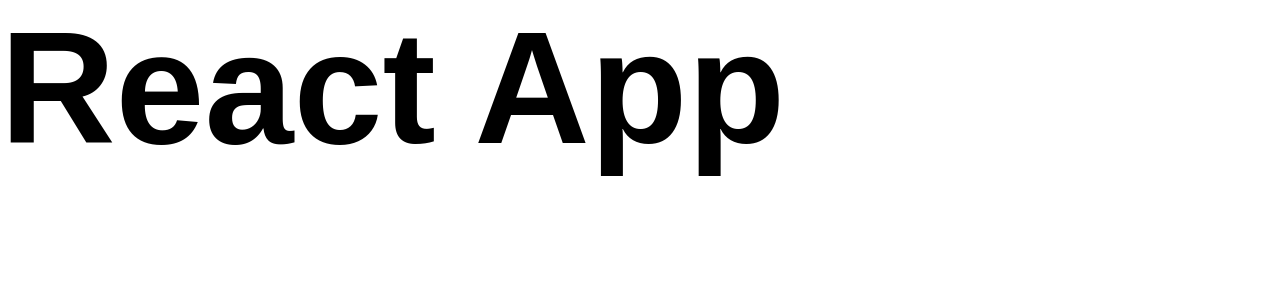
Repository: AlgoHussle/threejs
Page: / (app in client/)
The author's editor kept a copy of each file at every save. The page is drawn from the files as they stood at one save, then again after the next save.
The browser window is 1280 px wide. The pictures show the whole page.
Some web fonts or font styles are not loaded; a fallback is used. The project was rebuilt for these pictures with package versions that can differ from the ones it lists, and the page was loaded fresh each time. Also part of the build but not shown: client/vite.config.js.

Above is the page before, as saved 2023-03-31 13:06:45.

### client/src/App.jsx
function App() {
  return (
    <div className="head-text ">
      <h1>React App</h1>
      </div>
  )
}

export default App

Loaded but not shown: client/index.html (common file); client/src/main.jsx (common file); client/src/index.css (common file)

After the next save:
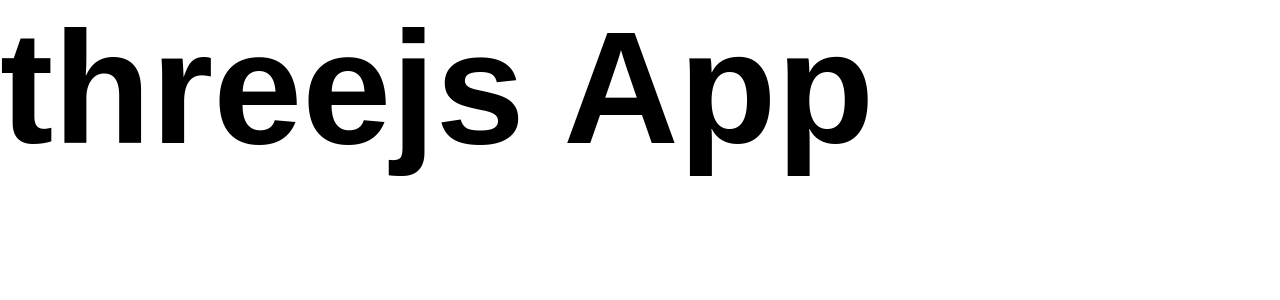
Saved 2 min 1 s later.
--- a/client/src/App.jsx
+++ b/client/src/App.jsx
@@ -1,7 +1,7 @@
 function App() {
   return (
     <div className="head-text ">
-      <h1>React App</h1>
+      <h1>threejs App</h1>
       </div>
   )
 }
